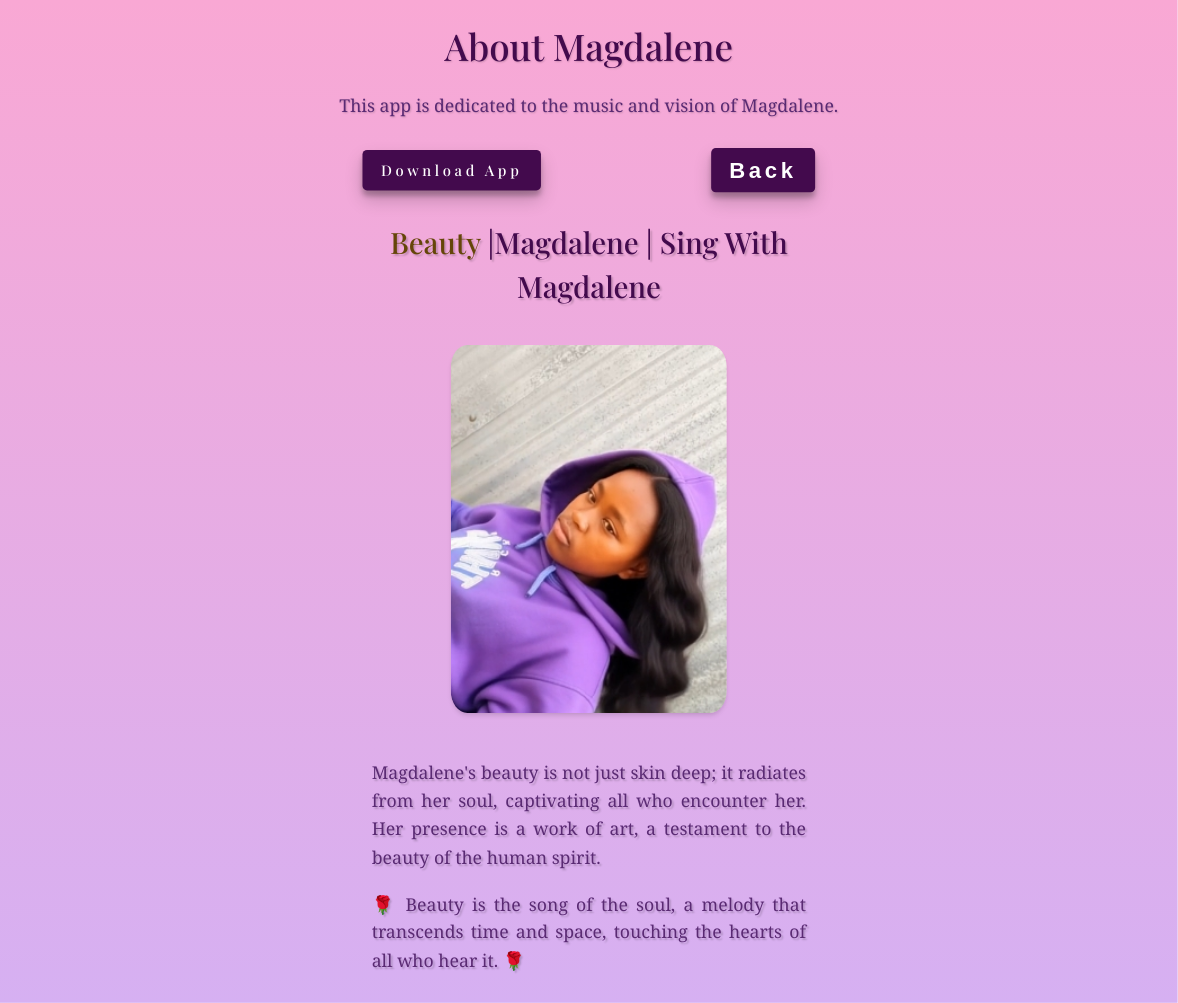
Repository: VladimirGagarin/Meg
Page: /#/about/aboutPerson/Beauty
An editor plug-in stored every save of this project. The page is shown before and after the next save, followed by the edit.
The browser window is 1280 px wide. The pictures show the whole page, at 92% of full size.
The project was rebuilt for these pictures with package versions that can differ from the ones it lists, and the page was loaded fresh each time. Also part of the build but not shown: vite.config.js, src/App.jsx, src/components/SongCard.css, src/components/SongCard.jsx, src/pages/HomeScreen.css, src/pages/HomeScreen.jsx, src/components/Controls.jsx, src/pages/SongScreen.css and 7 more. Imported but missing from the stored project, and not drawn on this page: src/assets/audios/Ember2.mp3, src/assets/audios/Empress.mp3, src/assets/audios/Fiesta.mp3, src/assets/audios/Fight_song.mp3, src/assets/audios/Furaha_Yangu.mp3, src/assets/audios/IamMagdalene.mp3, src/assets/audios/The beginning.mp3, src/assets/audios/anthem.mp3 and 35 more.

Above is the page before, as saved 2025-07-23 16:08:01.

After the next save:
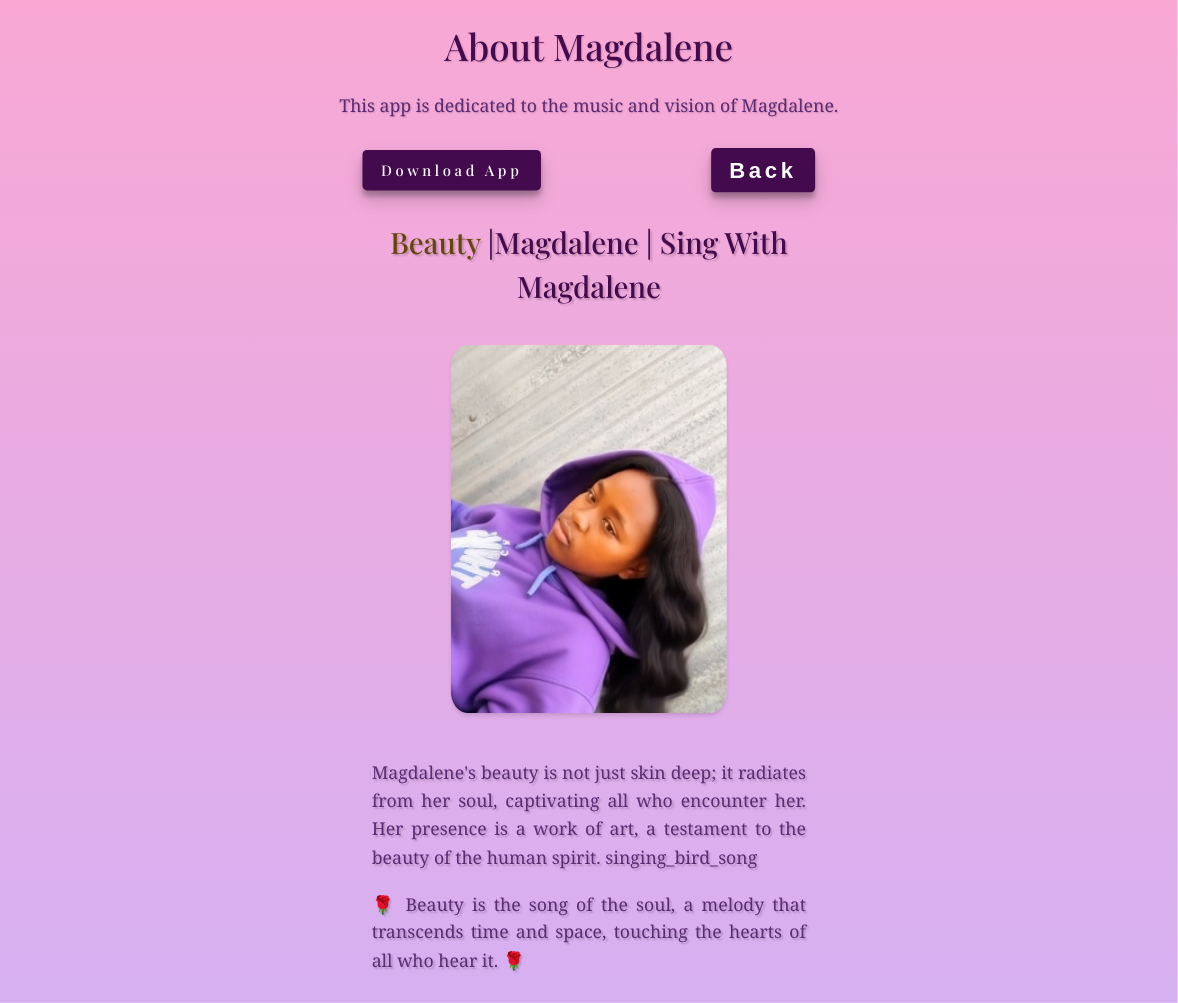
Saved 9 s later.
--- a/src/pages/AboutPerson.jsx
+++ b/src/pages/AboutPerson.jsx
@@ -29,7 +29,7 @@
         className="about-photo"
       />
       <div className="about-details">
-              <p>{personInfo.aboutTrait} <span>{ }</span></p>
+              <p>{personInfo.aboutTrait} <span>{personInfo.preferedSongId}</span></p>
         <p>
           {personInfo.icon} {personInfo.sentiment} {personInfo.icon}
         </p>

After the save that followed:
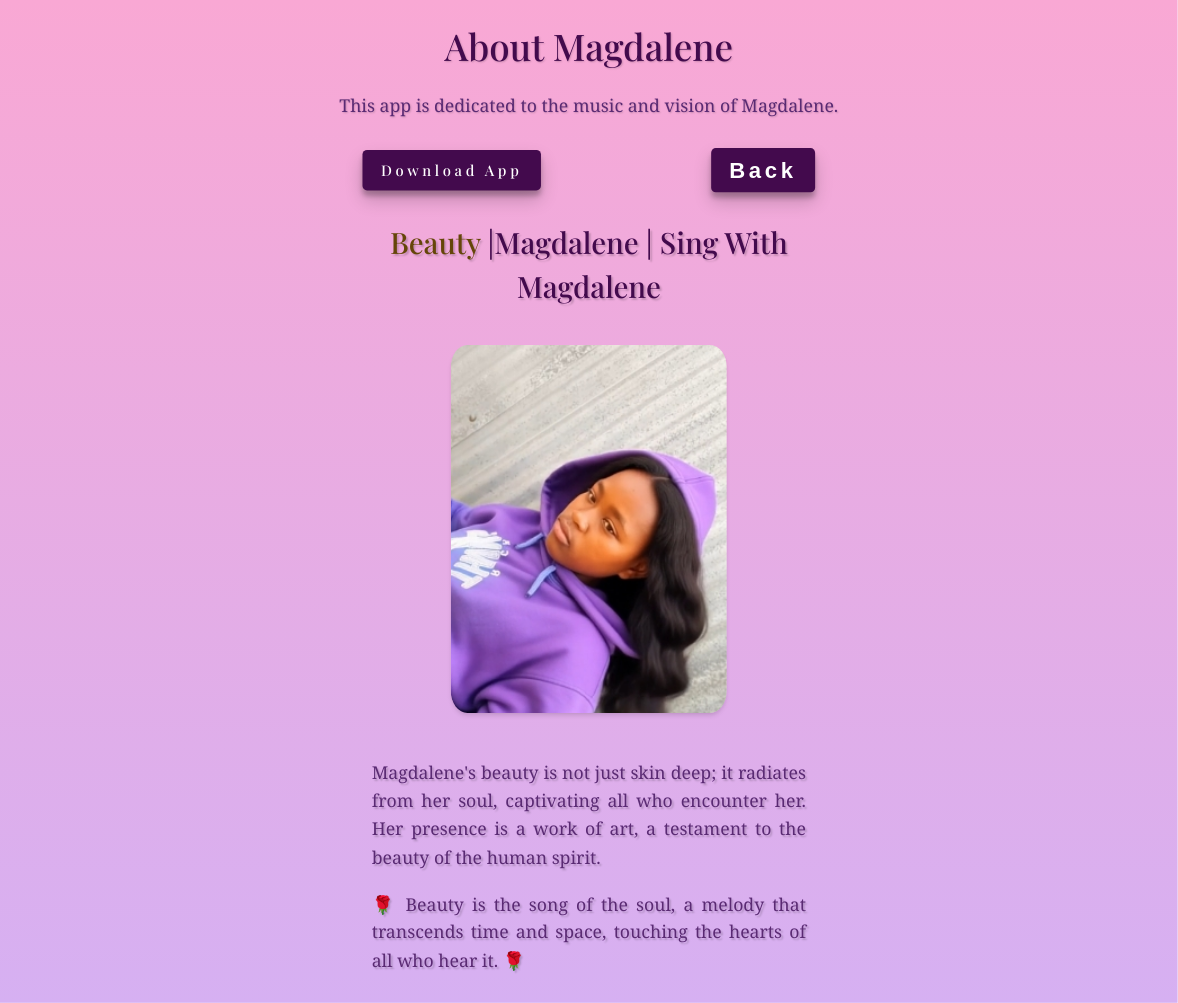
Saved 15 s later.
--- a/src/pages/AboutPerson.jsx
+++ b/src/pages/AboutPerson.jsx
@@ -29,7 +29,7 @@
         className="about-photo"
       />
       <div className="about-details">
-              <p>{personInfo.aboutTrait} <span>{personInfo.preferedSongId}</span></p>
+              <p>{personInfo.aboutTrait} <span></span></p>
         <p>
           {personInfo.icon} {personInfo.sentiment} {personInfo.icon}
         </p>
